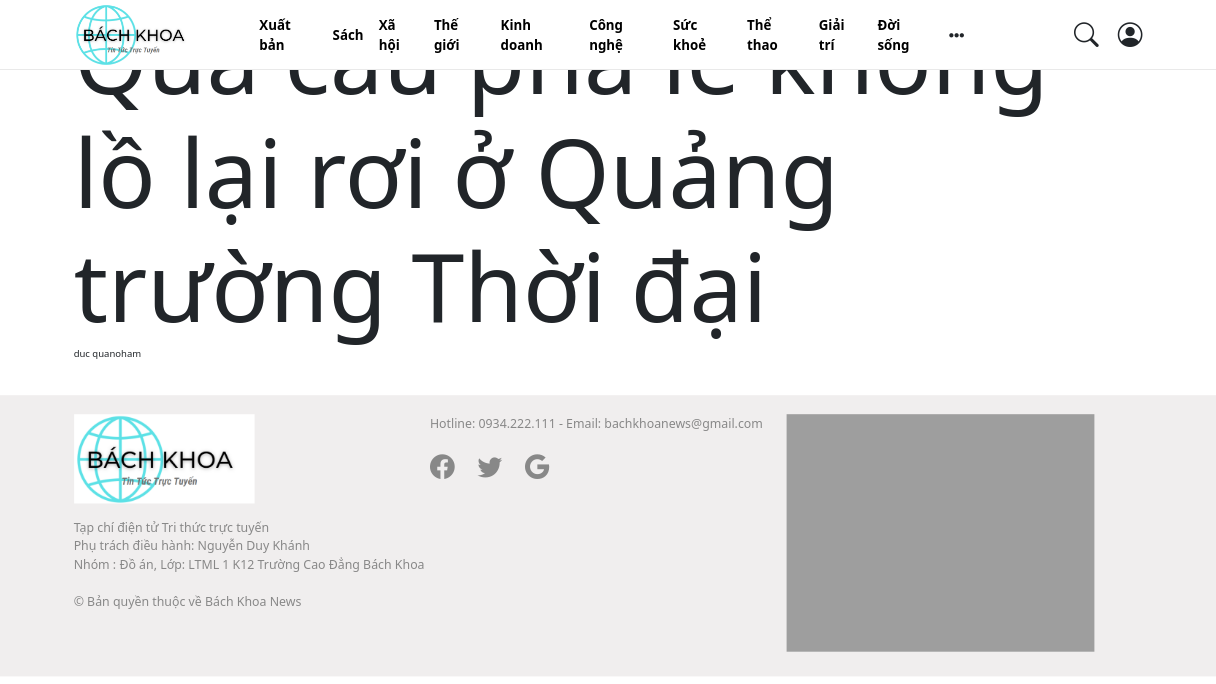
Repository: khanh2324/Java_Web
Page: WebContent/home-new/index.html
These files come from the project's save history. The page is drawn as it stood at one moment and after the next save; the edit follows.
The browser window is 1280 px wide. The pictures show the whole page, at 95% of full size.
Pictures or frames that could not be fetched are drawn as grey boxes. Some web libraries are served in a nearby version.

Above is the page before, as saved 2022-01-01 15:47:52.

After the next save:
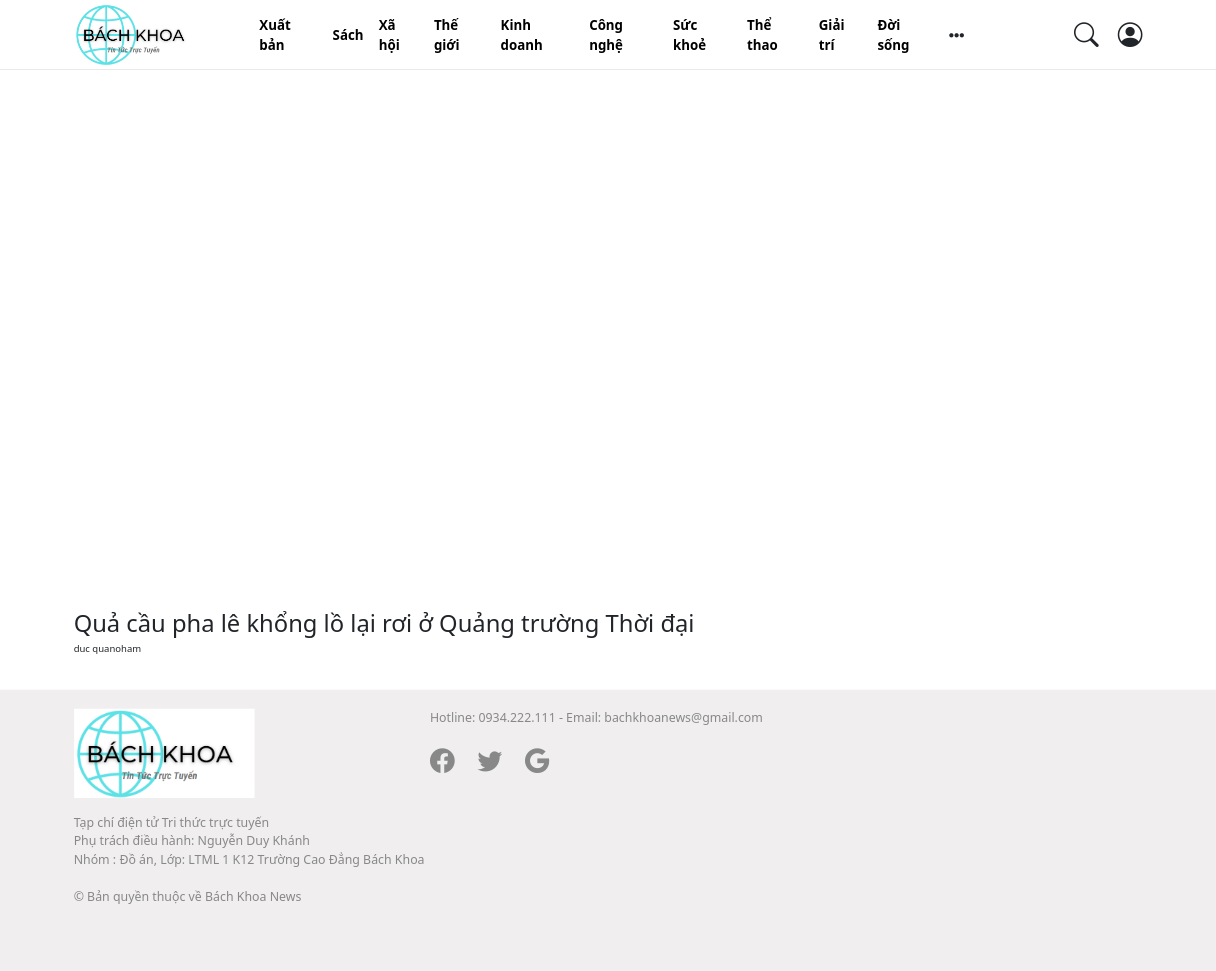
Saved 12 s later.
--- a/WebContent/home-new/css/shared.css
+++ b/WebContent/home-new/css/shared.css
@@ -48,6 +48,6 @@ img {
   display: block;
   margin: 0 auto;
 }
-.title {
-  font-size: 100px;
+.category {
+  padding-top: 50%;
 }
